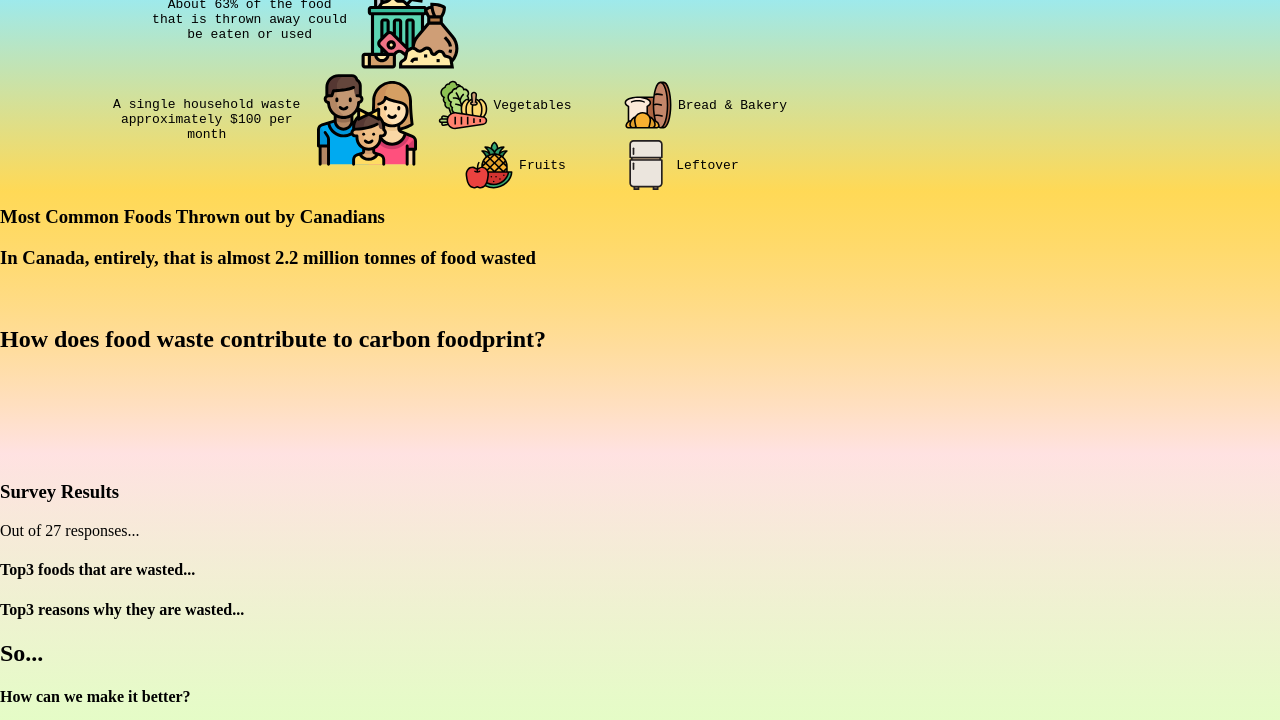
Repository: iorid3/Midterm
Page: index.html
An editor plug-in stored every save of this project. The page is shown before and after the next save, followed by the edit.
The browser window is 1280 px wide. The pictures show the whole page.
An inner scrolling area shows only its first screen.

Above is the page before, as saved 2021-03-08 12:37:33.
Console error: TypeError: Cannot read properties of null (reading 'innerHTML')

After the next save:
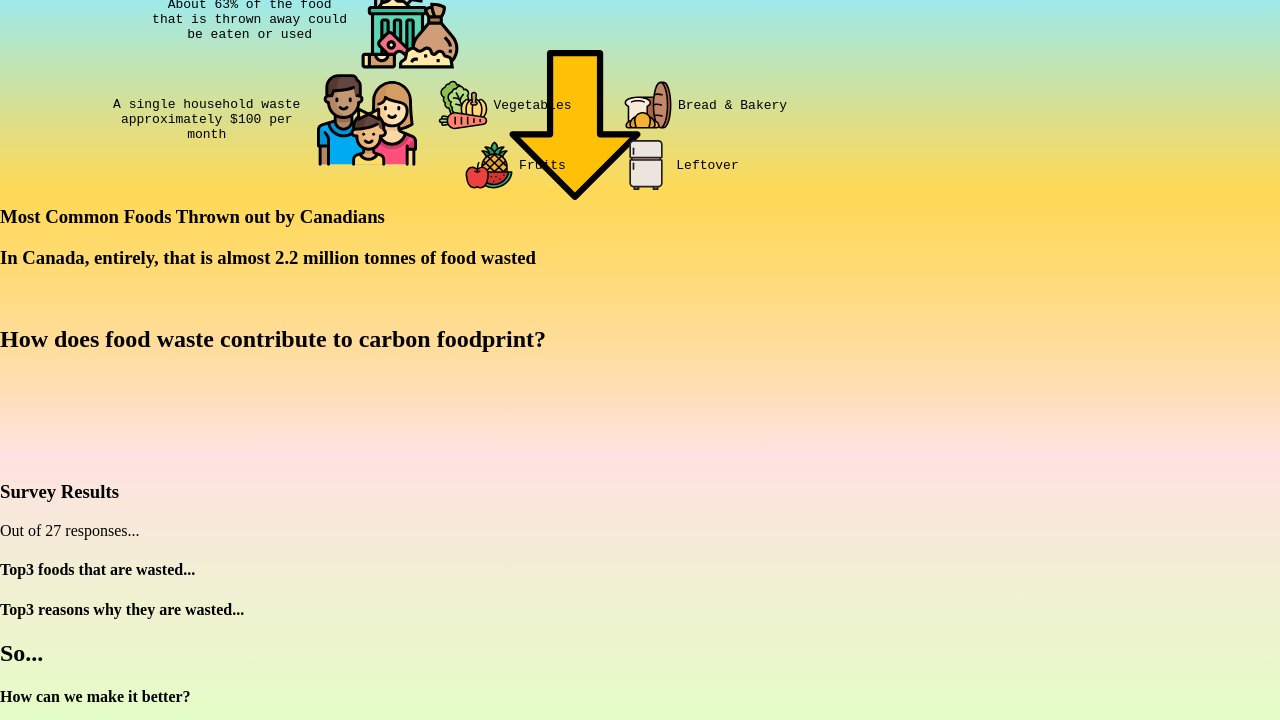
The error is gone.
Saved 9 s later.
--- a/index.js
+++ b/index.js
@@ -20,4 +20,4 @@ document.querySelector(".comp4_2").innerHTML += Comp4UI('icons/bread.svg', 'Brea
 document.querySelector(".comp4_3").innerHTML += Comp4UI('icons/fruits.svg', 'Fruits',130,380)
 document.querySelector(".comp4_4").innerHTML += Comp4UI('icons/fridge.svg', 'Leftover',130,545)
 
-document.querySelector(".row").innerHTML += Comp5UI(50,500,'icons/down-arrow.svg')
+document.querySelector(".comp5").innerHTML += Comp5UI(50,500,'icons/down-arrow.svg')
